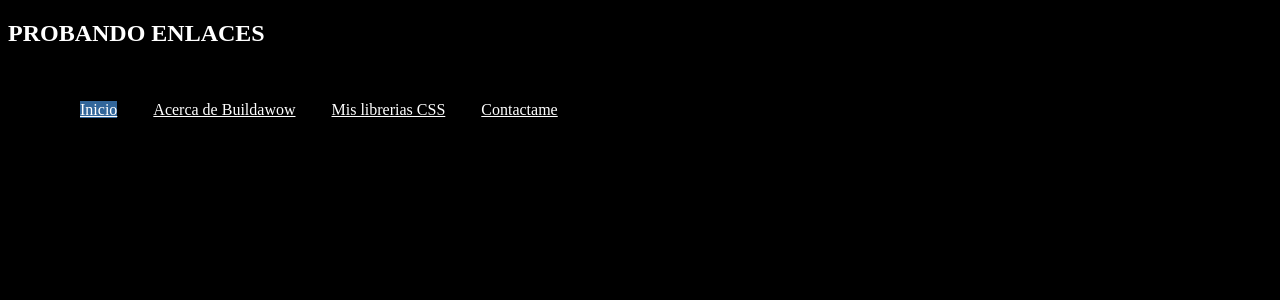
Repository: pabloestradagt/proyectobootstrap
Page: css/principal.html
The author's editor kept a record of every edit. The page is drawn from the files as they stood at one moment, then again after the next edit.
The browser window is 1280 px wide. The pictures show the whole page.
The pointer rests on the first visible `a`.

Above is the page before.

### css/principal.html
<!DOCTYPE html>
<html>

    <head>
        <title>ENLACES</title>
        <meta charset="UTF-8">
        <link rel="stylesheet" href="css/estilo.css">
    </head>

    <body>
        <h2>PROBANDO ENLACES</h2>
        <br>
            <div>
                <ul>
                    <li><a href="menu.html">Inicio</a></li>
                    <li><a href="acerca.html">Acerca de Buildawow</a></li>
                    <li><a href="librerias.html">Mis librerias CSS</a></li>
                    <li><a href="contacto.html">Contactame</a></li>
                </ul>
            </div>




    </body>
</html>

### css/css/estilo.css
body {
    background-color:black;
}

h2 {
    color:white;
}

#centro {
    text-align:center;
    padding-top:5px;
    padding-bottom:5px;
    background-color:rgb(50, 154, 50);
}

li {
    display:inline;
    margin-left:2em;
}

a {
    color:white;
}

a:hover {
    background:hsl(210, 51%, 40%);
}

a:active {
    text-decoration:underline;
}

After the next edit:
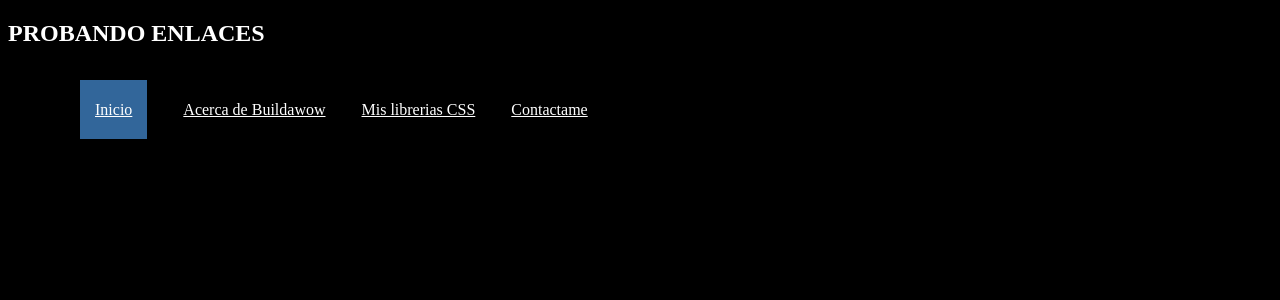
The edit:
--- a/css/css/estilo.css
+++ b/css/css/estilo.css
@@ -23,6 +23,7 @@
 }
 
 a:hover {
+    padding:21px 15px 21px 15px;
     background:hsl(210, 51%, 40%);
 }
 
